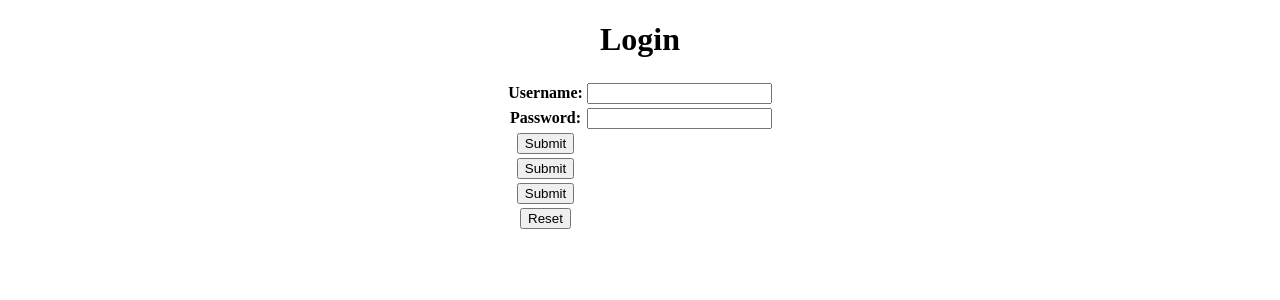
Repository: Sourabhmag/week-5
Page: http://localhost/LoginApp/login.jsp
An editor plug-in stored every save of this project. The page is shown before and after the next save, followed by the edit.
The browser window is 1280 px wide. The pictures show the whole page.
The page is served by Tomcat 9.

Above is the page before, as saved 2019-11-06 10:42:02.

After the next save:
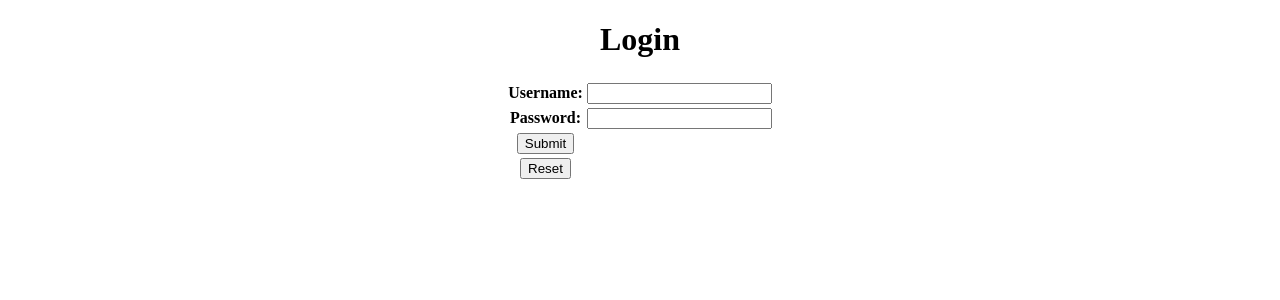
Saved 82 s later.
--- a/LoginApp/WebContent/login.jsp
+++ b/LoginApp/WebContent/login.jsp
@@ -20,9 +20,7 @@
 		<tr><th >Username:</th> <th ><input type="text" name="firstname"></th></tr>
 		<tr><th >Password:</th> <th ><input type="password" name="firstname"></th></tr>
 		<tr><th ><input type="submit" name="submit"></th></tr>
-		<tr><th ><input type="submit" name="submit"></th></tr>
-		<tr><th><button type="submit" value="Submit">Submit</button></th></tr>
-  		<tr><th><button type="reset" value="Reset">Reset</button></th></tr>
+		<tr><th ><input type=reset name="Clear"></th></tr>
 
 
 
